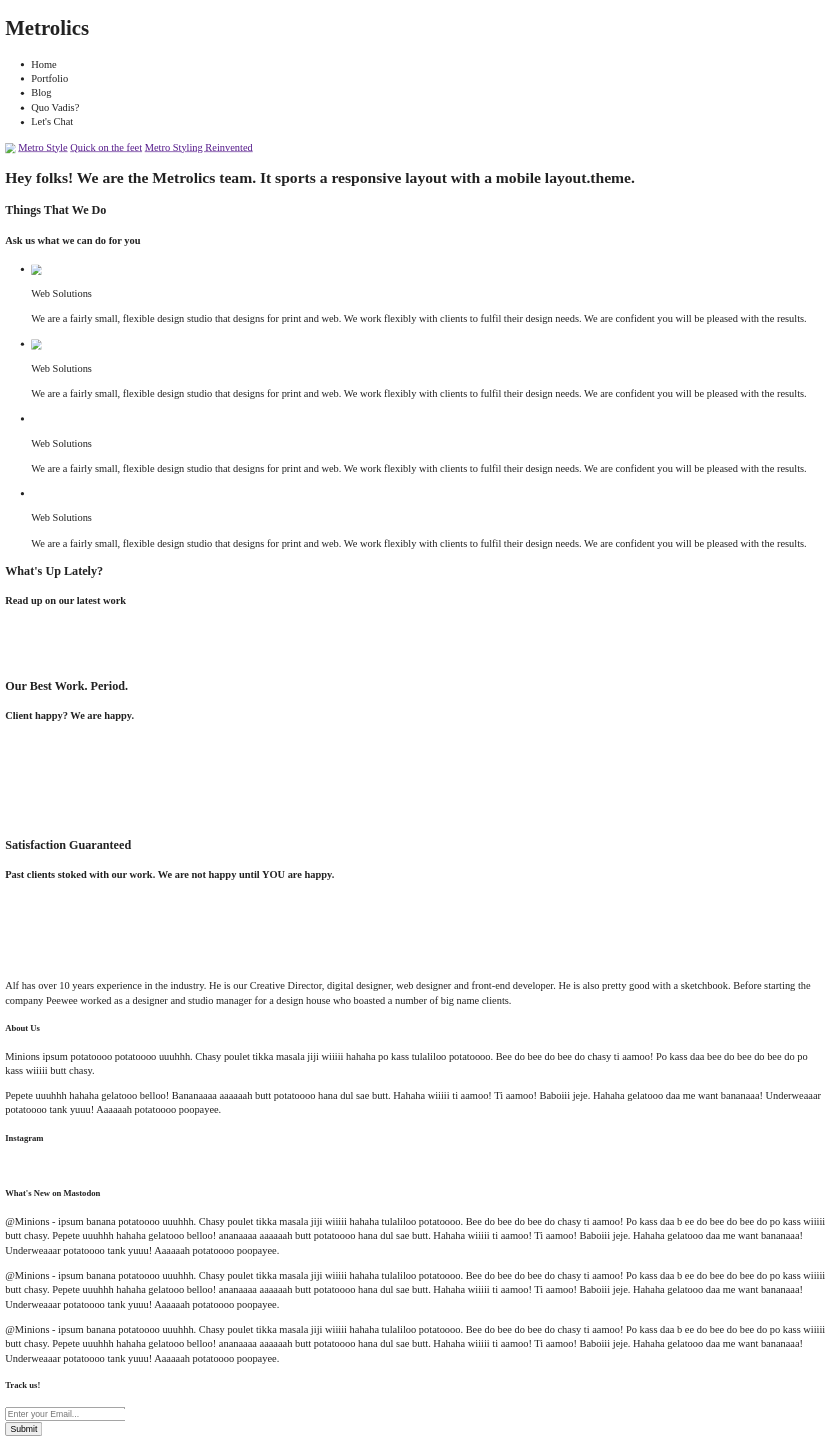
Repository: kaitlynlew/Lab02-Metrolics
Page: index.html
These files come from the project's save history. The page is drawn as it stood at one moment and after the next save; the edit follows.
The browser window is 1280 px wide. The pictures show the whole page, at 65% of full size.

Above is the page before, as saved 2025-01-24 10:03:22.

### index.html
<!doctype html>
<html class="no-js" lang="en">

<head>
  <meta charset="utf-8">
  <meta name="viewport" content="width=device-width, initial-scale=1">
  <title>Metrolics</title>
  <link rel="stylesheet" href="css/style.css">
  <meta name="description" content="">

  <meta property="og:title" content="">
  <meta property="og:type" content="">
  <meta property="og:url" content="">
  <meta property="og:image" content="">
  <meta property="og:image:alt" content="">

  <link rel="manifest" href="site.webmanifest">
  <meta name="theme-color" content="#fafafa">
</head>

<body>

  <header>
    <h1>Metrolics</h1>
    <nav>
        <ul>
            <li>Home</li>
            <li>Portfolio</li>
            <li>Blog</li>
            <li>Quo Vadis?</li>
            <li>Let's Chat</li>
        </ul>
    </nav>
</header>

<div>
  <img src="/">
  <a href="">Metro Style</a>
  <a href="">Quick on the feet</a>
  <a href="">Metro Styling Reinvented</a>
</div>

<h2>Hey folks! We are the Metrolics team. It sports a responsive layout with a mobile layout.theme.</h2>

<section>
    <h3 class="heading-2">Things That We Do</h3>
    <h4 class="subhead-1">Ask us what we can do for you</h4>
    <div>
        <ul>
            <li><img src="/">
                <p>Web Solutions</p>
                <p>We are a fairly small, flexible design studio that designs for print and web. We work flexibly with clients to fulfil their design needs. We are confident you will be pleased with the results.</p>
            </li>
        </ul>
        <ul>
            <li><img src="/">
                <p>Web Solutions</p>
                <p>We are a fairly small, flexible design studio that designs for print and web. We work flexibly with clients to fulfil their design needs. We are confident you will be pleased with the results.</p>
            </li>
        </ul>
        <ul>
            <li><img src="">
                <p>Web Solutions</p>
                <p>We are a fairly small, flexible design studio that designs for print and web. We work flexibly with clients to fulfil their design needs. We are confident you will be pleased with the results.</p>
            </li>
        </ul>
        <ul>
            <li><img src="">
                <p>Web Solutions</p>
                <p>We are a fairly small, flexible design studio that designs for print and web. We work flexibly with clients to fulfil their design needs. We are confident you will be pleased with the results.</p>
            </li>
        </ul>
    </div>
</section>

<section>
  <h3 class="heading-2">What's Up Lately?</h3>
  <h4 class="subhead-1">Read up on our latest work</h4>
  <div>
    <div><img src=""></div>
    <div><img src=""></div>
    <div><img src=""></div>
  </div>
</section>

<section>
  <h3 class="heading-2">Our Best Work. Period.</h3>
  <h4 class="subhead-1">Client happy? We are happy.</h4>
  <div>
    <div><img src=""></div>
    <div><img src=""></div>
    <div><img src=""></div>
    <div><img src=""></div>
    <div><img src=""></div>
    <div><img src=""></div>
  </div>
</section>

<section>
  <h3 class="heading-2">Satisfaction Guaranteed</h3>
  <h4 class="subhead-1">Past clients stoked with our work. We are not happy until YOU are happy.</h4>
  <div>
      <div><img src=""></div>
      <div><img src=""></div>
      <div><img src=""></div>
      <div><img src=""></div>
  </div>
</section>

<footer>
  <div>
      <img src="">
      <p>Alf has over 10 years experience in the industry. He is our Creative Director, digital designer, web designer and front-end developer. He is also pretty good with a sketchbook. Before starting the company Peewee worked as a designer and studio manager for a design house who boasted a number of big name clients.</p>
  </div>
  <section>
      <section>
          <h5 class="footer-section__heading">About Us</h5>
          <p>Minions ipsum potatoooo potatoooo uuuhhh. Chasy poulet tikka masala jiji wiiiii hahaha po kass tulaliloo potatoooo. Bee do bee do bee do chasy ti aamoo! Po kass daa bee do bee do bee do po kass wiiiii butt chasy. </p>
          <p>Pepete uuuhhh hahaha gelatooo belloo! Bananaaaa aaaaaah butt potatoooo hana dul sae butt. Hahaha wiiiii ti aamoo! Ti aamoo! Baboiii jeje. Hahaha gelatooo daa me want bananaaa! Underweaaar potatoooo tank yuuu! Aaaaaah potatoooo poopayee. </p>
      </section>
      <section>
          <h5 class="footer-section__heading">Instagram</h5>
          <img src="">
          <img src="">
          <img src="">
          <img src="">
          <img src="">
          <img src="">
          <img src="">
          <img src="">
          <img src="">
      </section>
      <section>
        <h5 class="footer-section__heading">What's New on Mastodon</h5>
        <p>@Minions - ipsum banana potatoooo uuuhhh. Chasy poulet tikka masala jiji wiiiii hahaha tulaliloo potatoooo. Bee do bee do bee do chasy ti aamoo! Po kass daa b ee do bee do bee do po kass wiiiii butt chasy. Pepete uuuhhh hahaha gelatooo belloo! ananaaaa aaaaaah butt potatoooo hana dul sae butt. Hahaha wiiiii ti aamoo! Ti aamoo! Baboiii jeje. Hahaha gelatooo daa me want bananaaa! Underweaaar potatoooo tank yuuu! Aaaaaah potatoooo poopayee. </p>
        <p>@Minions - ipsum banana potatoooo uuuhhh. Chasy poulet tikka masala jiji wiiiii hahaha tulaliloo potatoooo. Bee do bee do bee do chasy ti aamoo! Po kass daa b ee do bee do bee do po kass wiiiii butt chasy. Pepete uuuhhh hahaha gelatooo belloo! ananaaaa aaaaaah butt potatoooo hana dul sae butt. Hahaha wiiiii ti aamoo! Ti aamoo! Baboiii jeje. Hahaha gelatooo daa me want bananaaa! Underweaaar potatoooo tank yuuu! Aaaaaah potatoooo poopayee. </p>
        <p>@Minions - ipsum banana potatoooo uuuhhh. Chasy poulet tikka masala jiji wiiiii hahaha tulaliloo potatoooo. Bee do bee do bee do chasy ti aamoo! Po kass daa b ee do bee do bee do po kass wiiiii butt chasy. Pepete uuuhhh hahaha gelatooo belloo! ananaaaa aaaaaah butt potatoooo hana dul sae butt. Hahaha wiiiii ti aamoo! Ti aamoo! Baboiii jeje. Hahaha gelatooo daa me want bananaaa! Underweaaar potatoooo tank yuuu! Aaaaaah potatoooo poopayee. </p>
      </section>
      <section>
        <h5 class="footer-section__heading">Track us!</h5>
        <form>
          <div>
            <input type="email" name="email" id="email" placeholder="Enter your Email... " required />
          </div>
          <div>
            <input type="submit"/>
          </div>
        </form>
      </section>
  </section>
</footer>

  <script src="js/app.js"></script>

</body>
</html>

### css/style.css
/*! HTML5 Boilerplate v9.0.1 | MIT License | https://html5boilerplate.com/ */

/* main.css 3.0.0 | MIT License | https://github.com/h5bp/main.css#readme */
/*
 * What follows is the result of much research on cross-browser styling.
 * Credit left inline and big thanks to Nicolas Gallagher, Jonathan Neal,
 * Kroc Camen, and the H5BP dev community and team.
 */

/* ==========================================================================
   Base styles: opinionated defaults
   ========================================================================== */

html {
  color: #222;
  font-size: 1em;
  line-height: 1.4;
}

/*
 * Remove text-shadow in selection highlight:
 * https://twitter.com/miketaylr/status/12228805301
 *
 * Customize the background color to match your design.
 */

::-moz-selection {
  background: #b3d4fc;
  text-shadow: none;
}

::selection {
  background: #b3d4fc;
  text-shadow: none;
}

/*
 * A better looking default horizontal rule
 */

hr {
  display: block;
  height: 1px;
  border: 0;
  border-top: 1px solid #ccc;
  margin: 1em 0;
  padding: 0;
}

/*
 * Remove the gap between audio, canvas, iframes,
 * images, videos and the bottom of their containers:
 * https://github.com/h5bp/html5-boilerplate/issues/440
 */

audio,
canvas,
iframe,
img,
svg,
video {
  vertical-align: middle;
}

/*
 * Remove default fieldset styles.
 */

fieldset {
  border: 0;
  margin: 0;
  padding: 0;
}

/*
 * Allow only vertical resizing of textareas.
 */

textarea {
  resize: vertical;
}

/* ==========================================================================
   Author's custom styles
   ========================================================================== */

/* ==========================================================================
   Helper classes
   ========================================================================== */

/*
 * Hide visually and from screen readers
 */

.hidden,
[hidden] {
  display: none !important;
}

/*
 * Hide only visually, but have it available for screen readers:
 * https://snook.ca/archives/html_and_css/hiding-content-for-accessibility
 *
 * 1. For long content, line feeds are not interpreted as spaces and small width
 *    causes content to wrap 1 word per line:
 *    https://medium.com/@jessebeach/beware-smushed-off-screen-accessible-text-5952a4c2cbfe
 */

.visually-hidden {
  border: 0;
  clip: rect(0, 0, 0, 0);
  height: 1px;
  margin: -1px;
  overflow: hidden;
  padding: 0;
  position: absolute;
  white-space: nowrap;
  width: 1px;
  /* 1 */
}

/*
 * Extends the .visually-hidden class to allow the element
 * to be focusable when navigated to via the keyboard:
 * https://www.drupal.org/node/897638
 */

.visually-hidden.focusable:active,
.visually-hidden.focusable:focus {
  clip: auto;
  height: auto;
  margin: 0;
  overflow: visible;
  position: static;
  white-space: inherit;
  width: auto;
}

/*
 * Hide visually and from screen readers, but maintain layout
 */

.invisible {
  visibility: hidden;
}

/*
 * Clearfix: contain floats
 *
 * The use of `table` rather than `block` is only necessary if using
 * `::before` to contain the top-margins of child elements.
 */

.clearfix::before,
.clearfix::after {
  content: "";
  display: table;
}

.clearfix::after {
  clear: both;
}

/* ==========================================================================
   EXAMPLE Media Queries for Responsive Design.
   These examples override the primary ('mobile first') styles.
   Modify as content requires.
   ========================================================================== */

@media only screen and (min-width: 35em) {
  /* Style adjustments for viewports that meet the condition */
}

@media print,
  (-webkit-min-device-pixel-ratio: 1.25),
  (min-resolution: 1.25dppx),
  (min-resolution: 120dpi) {
  /* Style adjustments for high resolution devices */
}

/* ==========================================================================
   Print styles.
   Inlined to avoid the additional HTTP request:
   https://www.phpied.com/delay-loading-your-print-css/
   ========================================================================== */

@media print {
  *,
  *::before,
  *::after {
    background: #fff !important;
    color: #000 !important;
    /* Black prints faster */
    box-shadow: none !important;
    text-shadow: none !important;
  }

  a,
  a:visited {
    text-decoration: underline;
  }

  a[href]::after {
    content: " (" attr(href) ")";
  }

  abbr[title]::after {
    content: " (" attr(title) ")";
  }

  /*
   * Don't show links that are fragment identifiers,
   * or use the `javascript:` pseudo protocol
   */
  a[href^="#"]::after,
  a[href^="javascript:"]::after {
    content: "";
  }

  pre {
    white-space: pre-wrap !important;
  }

  pre,
  blockquote {
    border: 1px solid #999;
    page-break-inside: avoid;
  }

  tr,
  img {
    page-break-inside: avoid;
  }

  p,
  h2,
  h3 {
    orphans: 3;
    widows: 3;
  }

  h2,
  h3 {
    page-break-after: avoid;
  }
}

Loaded but not shown: js/app.js (no stored copy; drawn as an empty file)

After the next save:
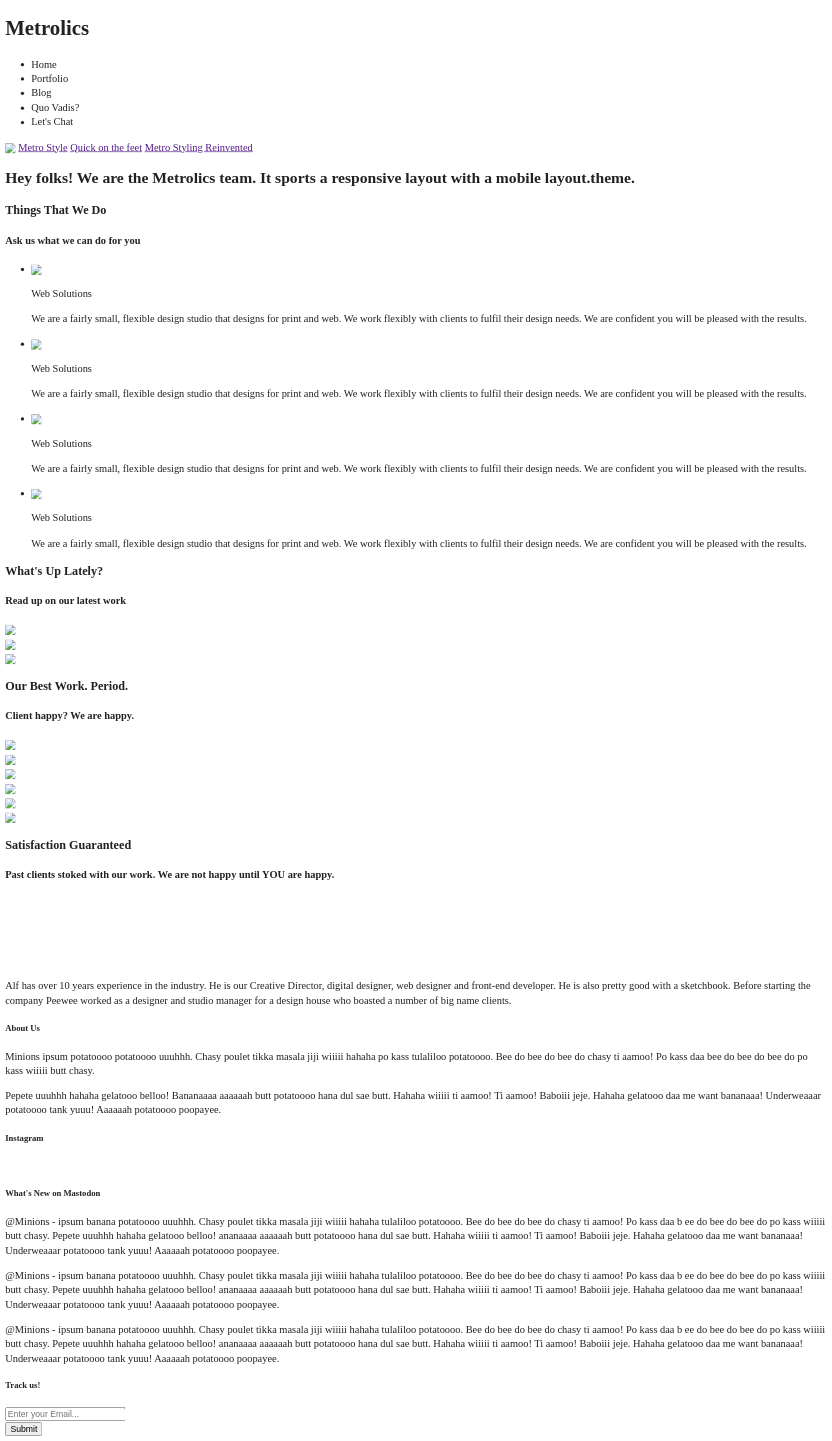
Saved 32 s later.
--- a/index.html
+++ b/index.html
@@ -59,13 +59,13 @@
             </li>
         </ul>
         <ul>
-            <li><img src="">
+            <li><img src="/">
                 <p>Web Solutions</p>
                 <p>We are a fairly small, flexible design studio that designs for print and web. We work flexibly with clients to fulfil their design needs. We are confident you will be pleased with the results.</p>
             </li>
         </ul>
         <ul>
-            <li><img src="">
+            <li><img src="/">
                 <p>Web Solutions</p>
                 <p>We are a fairly small, flexible design studio that designs for print and web. We work flexibly with clients to fulfil their design needs. We are confident you will be pleased with the results.</p>
             </li>
@@ -77,9 +77,9 @@
   <h3 class="heading-2">What's Up Lately?</h3>
   <h4 class="subhead-1">Read up on our latest work</h4>
   <div>
-    <div><img src=""></div>
-    <div><img src=""></div>
-    <div><img src=""></div>
+    <div><img src="/"></div>
+    <div><img src="/"></div>
+    <div><img src="/"></div>
   </div>
 </section>
 
@@ -87,12 +87,12 @@
   <h3 class="heading-2">Our Best Work. Period.</h3>
   <h4 class="subhead-1">Client happy? We are happy.</h4>
   <div>
-    <div><img src=""></div>
-    <div><img src=""></div>
-    <div><img src=""></div>
-    <div><img src=""></div>
-    <div><img src=""></div>
-    <div><img src=""></div>
+    <div><img src="/"></div>
+    <div><img src="/"></div>
+    <div><img src="/"></div>
+    <div><img src="/"></div>
+    <div><img src="/"></div>
+    <div><img src="/"></div>
   </div>
 </section>
 
